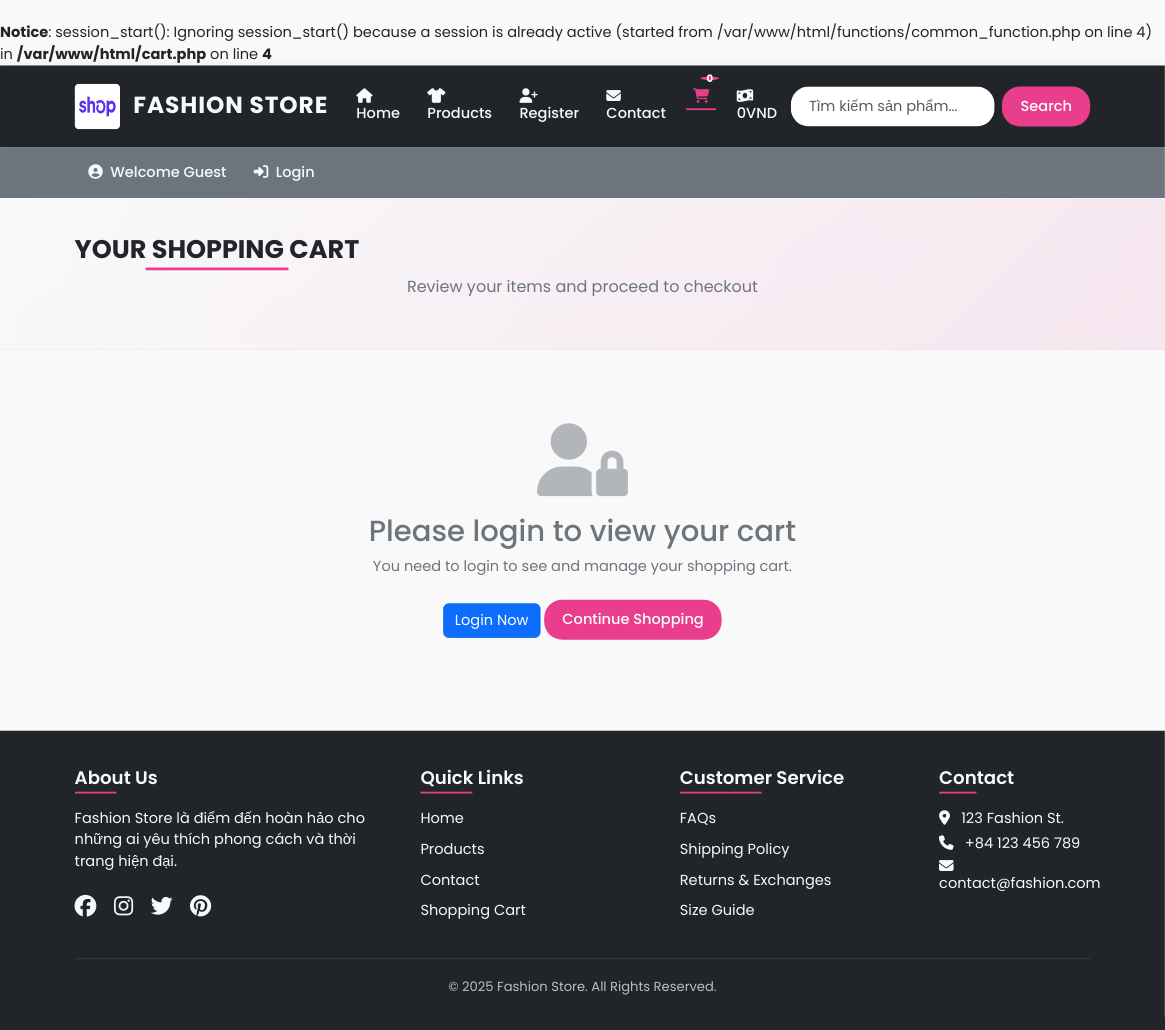
Repository: hahuuchinh2501/ecommerce_web
Page: http://localhost/cart.php
An editor plug-in stored every save of this project. The page is shown before and after the next save, followed by the edit.
The browser window is 1280 px wide. The pictures show the whole page, at 91% of full size.
The page is run by PHP 8.4 with error messages shown; the project is at /var/www/html/.

Above is the page before, as saved 2025-03-20 17:22:45.

After the next save:
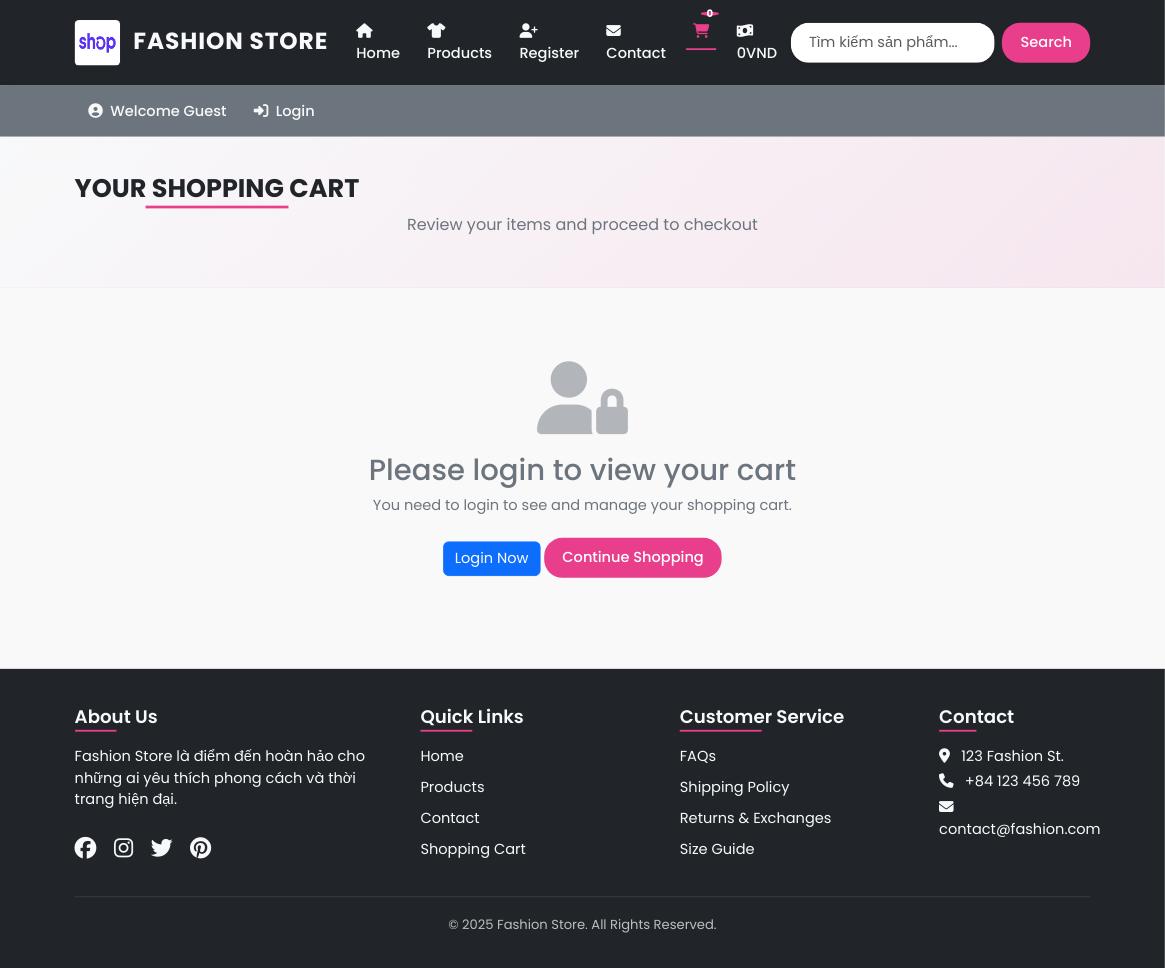
Saved 36 s later.
--- a/functions/common_function.php
+++ b/functions/common_function.php
@@ -1,7 +1,7 @@
 <?php
 // include('./includes/connect.php');
 
-session_start();
+
 function getproducts()
 {
 
